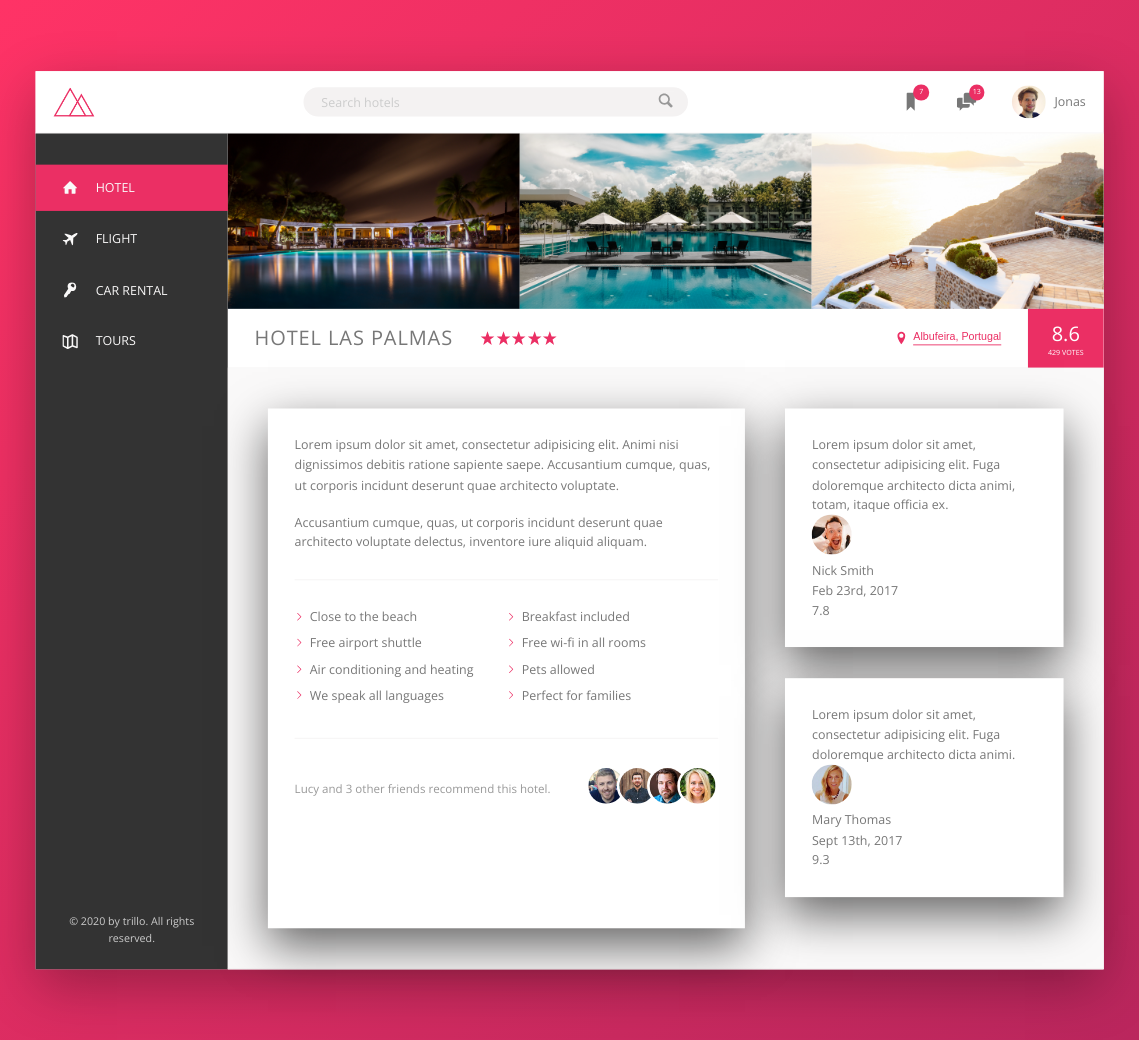
Repository: Lithium87/Trillo
Page: index.html
The author's editor kept a copy of each file at every save. The page is drawn from the files as they stood at one save, then again after the next save.
The browser window is 1280 px wide. The pictures show the whole page, at 89% of full size.
The style sheet was rebuilt from its Sass, Less or Tailwind sources for each picture, by a compiler version that may differ from the author's.

Above is the page before, as saved 2020-05-17 01:28:01.

### index.html
<!DOCTYPE html>
<html lang="en">

<head>
    <meta charset="UTF-8">
    <meta name="viewport" content="width=device-width, initial-scale=1.0">

    <link href="https://fonts.googleapis.com/css?family=Open+Sans:300,400,600" rel="stylesheet">
    <link rel="stylesheet" href="css/style.css">
    <link rel="shortcut icon" type="image/png" href="img/favicon.png">

    <title>trillo &mdash; Your all-in-one booking app</title>
</head>

<body>
    <div class="container">
        <header class="header">
            <img src="img/logo.png" alt="Trillo logo" class="logo">
            <form action="#" class="search">
                <input type="text" class="search__input" placeholder="Search hotels">
                <button class="search__button">
                    <svg class="search__icon">
                        <use xlink:href="img/sprite.svg#icon-magnifying-glass"></use>
                    </svg>
                </button>
            </form>

            <nav class="user-nav">
                <div class="user-nav__icon-box">
                    <svg class="user-nav__icon">
                        <use xlink:href="img/sprite.svg#icon-bookmark"></use>
                    </svg>
                    <span class="user-nav__notification">7</span>
                </div>
                <div class="user-nav__icon-box">
                    <svg class="user-nav__icon">
                        <use xlink:href="img/sprite.svg#icon-chat"></use>
                    </svg>
                    <span class="user-nav__notification">13</span>
                </div>
                <div class="user-nav__user">
                    <img src="img/user.jpg" alt="User photo" class="user-nav__user-photo">
                    <span class="user-nav__user-name">Jonas</span>
                </div>
            </nav>
        </header>
        <div class="content">
            <nav class="sidebar">
                <ul class="side-nav">
                    <li class="side-nav__item side-nav__item--active">
                        <a href="#" class="side-nav__link">
                            <svg class="side-nav__icon">
                                <use xlink:href="img/stripe.svg#icon-home"></use>
                            </svg>
                            <span>Hotel</span>
                        </a>
                    </li>
                    <li class="side-nav__item">
                        <a href="#" class="side-nav__link">
                            <svg class="side-nav__icon">
                                <use xlink:href="img/stripe.svg#icon-aircraft"></use>
                            </svg>
                            <span>Flight</span>
                        </a>
                    </li>
                    <li class="side-nav__item">
                        <a href="#" class="side-nav__link">
                            <svg class="side-nav__icon">
                                <use xlink:href="img/stripe.svg#icon-key"></use>
                            </svg>
                            <span>Car rental</span>
                        </a>
                    </li>
                    <li class="side-nav__item">
                        <a href="#" class="side-nav__link">
                            <svg class="side-nav__icon">
                                <use xlink:href="img/stripe.svg#icon-map"></use>
                            </svg>
                            <span>Tours</span>
                        </a>
                    </li>
                </ul>
                <div class="legal">
                    &copy; 2020 by trillo. All rights reserved.
                </div>
            </nav>
            <main class="hotel-view">
                <div class="gallery">
                    <figure class="gallery__item">
                        <img src="img/hotel-1.jpg" alt="Photo of hotel 1" class="gallery__photo">
                    </figure>
                    <figure class="gallery__item">
                        <img src="img/hotel-2.jpg" alt="Photo of hotel 2" class="gallery__photo">
                    </figure>
                    <figure class="gallery__item">
                        <img src="img/hotel-3.jpg" alt="Photo of hotel 3" class="gallery__photo">
                    </figure>
                </div>
                <div class="overview">
                    <h1 class="overview__heading">Hotel Las Palmas</h1>
                    <div class="overview__stars">
                        <svg class="overview__icon-star">
                            <use xlink:href="img/stripe.svg#icon-star"></use>
                        </svg>
                        <svg class="overview__icon-star">
                            <use xlink:href="img/stripe.svg#icon-star"></use>
                        </svg>
                        <svg class="overview__icon-star">
                            <use xlink:href="img/stripe.svg#icon-star"></use>
                        </svg>
                        <svg class="overview__icon-star">
                            <use xlink:href="img/stripe.svg#icon-star"></use>
                        </svg>
                        <svg class="overview__icon-star">
                            <use xlink:href="img/stripe.svg#icon-star"></use>
                        </svg>
                    </div>
                    <div class="overview__location">
                        <svg class="overview__icon-location">
                            <use xlink:href="img/stripe.svg#icon-location-pin"></use>
                        </svg>
                        <button class="btn-inline">Albufeira, Portugal</button>
                    </div>
                    <div class="overview__rating">
                        <div class="overview__rating-average">8.6</div>
                        <div class="overview__rating-count">429 votes</div>
                    </div>
                </div>
                <div class="detail">
                    <div class="description">
                        <p class="paragraph">
                            Lorem ipsum dolor sit amet, consectetur adipisicing elit. Animi nisi dignissimos debitis ratione sapiente saepe. Accusantium cumque, quas, ut corporis incidunt deserunt quae architecto voluptate.
                        </p>
                        <p class="paragraph">
                            Accusantium cumque, quas, ut corporis incidunt deserunt quae architecto voluptate delectus, inventore iure aliquid aliquam.
                        </p>
                        <ul class="list">
                            <li class="list__item">Close to the beach</li>
                            <li class="list__item">Breakfast included</li>
                            <li class="list__item">Free airport shuttle</li>
                            <li class="list__item">Free wi-fi in all rooms</li>
                            <li class="list__item">Air conditioning and heating</li>
                            <li class="list__item">Pets allowed</li>
                            <li class="list__item">We speak all languages</li>
                            <li class="list__item">Perfect for families</li>
                        </ul>
                        <div class="recommend">
                            <p class="recommend__count">
                                Lucy and 3 other friends recommend this hotel.
                            </p>
                            <div class="recommend__friends">
                                <img src="img/user-3.jpg" alt="Friend 1" class="recommend__photo">
                                <img src="img/user-4.jpg" alt="Friend 2" class="recommend__photo">
                                <img src="img/user-5.jpg" alt="Friend 3" class="recommend__photo">
                                <img src="img/user-6.jpg" alt="Friend 4" class="recommend__photo">
                            </div>
                        </div>
                    </div>
                    <div class="user-reviews">
                        <figure class="review">
                            <blockquote class="review__text">
                                Lorem ipsum dolor sit amet, consectetur adipisicing elit. Fuga doloremque architecto dicta animi, totam, itaque officia ex.
                            </blockquote>
                            <figcaption class="review__user">
                                <img src="img/user-1.jpg" alt="User 1" class="review__photo">
                                <div class="review__user-box">
                                    <p class="review__user-name">Nick Smith</p>
                                    <p class="review__user-date">Feb 23rd, 2017</p>
                                </div>
                                <div class="review__rating">7.8</div>
                            </figcaption>
                        </figure>
                        <figure class="review">
                            <blockquote class="review__text">
                                Lorem ipsum dolor sit amet, consectetur adipisicing elit. Fuga doloremque architecto dicta animi.
                            </blockquote>
                            <figcaption class="review__user">
                                <img src="img/user-2.jpg" alt="User 2" class="review__photo">
                                <div class="review__user-box">
                                    <p class="review__user-name">Mary Thomas</p>
                                    <p class="review__user-date">Sept 13th, 2017</p>
                                </div>
                                <div class="review__rating">9.3</div>
                            </figcaption>
                        </figure>
                    </div>
                </div>
            </main>
        </div>
    </div>
</body>

</html>

### sass/_base.scss
:root {
    --color-primary: #eb2f64;
    --color-primary-light: #FF3366;
    --color-primary-dark: #BA265D;
    --color-grey-light-1: #faf9f9;
    --color-grey-light-2: #f4f2f2;
    --color-grey-light-3: #f0eeee;
    --color-grey-light-4: #ccc;
    --color-grey-dark-1: #333;
    --color-grey-dark-2: #777;
    --color-grey-dark-3: #999;
    --shadow-dark: 0 2rem 6rem rgba(0, 0, 0, .3);
    --shadow-light: 0 2rem 5rem rgba(0, 0, 0, .6);
    --line: 1px solid var(--color-grey-light-2);
}

* {
    margin: 0;
    padding: 0;
}

*,
*::before,
*::after {
    box-sizing: inherit;
}

html {
    box-sizing: border-box;
    font-size: 62.5%; // 1rem = 10px
}

body {
    font-family: 'Open Sans', sans-serif;
    font-weight: 400;
    line-height: 1.6;
    color: var(--color-grey-dark-2);
    background-image: linear-gradient(to right bottom, var(--color-primary-light), var(--color-primary-dark));
    background-size: cover;
    background-repeat: no-repeat;
    min-height: 100vh;
}

### sass/_layout.scss
.container {
    max-width: 120rem;
    margin: 8rem auto;
    background-color: var(--color-grey-light-1);
    box-shadow: var(--shadow-dark);
    min-height: 50rem;
}

.header {
    font-size: 1.4rem;
    height: 7rem;
    background-color: #fff;
    border-bottom: var(--line);
    display: flex;
    justify-content: space-between;
    align-items: center;
}

.content {
    display: flex;
}

.sidebar {
    background-color: var(--color-grey-dark-1);
    flex: 0 0 18%;
    display: flex;
    flex-direction: column;
    justify-content: space-between;
}

.hotel-view {
    background-color: #fff;
    flex: 1;
}

.detail {
    font-size: 1.4rem;
    display: flex;
    padding: 4.5rem;
    background-color: var(--color-grey-light-1);
    border-bottom: var(--line);
}

.description {
    background-color: #fff;
    box-shadow: var(--shadow-light);
    padding: 3rem;
    flex: 0 0 60%;
    margin-right: 4.5rem;
}

.user-reviews {
    flex: 1;
}

### sass/_components.scss
///////////////////////
//LOGO
.logo {
    height: 3.25rem;
    margin-left: 2rem;
}

///////////////////////
//SEARCH BOX
.search {
    flex: 0 0 40%;
    display: flex;
    align-items: center;
    justify-content: center;
    &__input {
        font-family: inherit;
        font-size: inherit;
        color: inherit;
        background-color: var(--color-grey-light-2);
        border: none;
        padding: .7rem 2rem;
        border-radius: 100px;
        width: 90%;
        transition: all .2s;
        margin-right: -3.5rem;
        &:focus {
            outline: none;
            width: 100%;
            background-color: var(--color-grey-light-3);
        }
        &::-webkit-input-placeholder {
            font-weight: 100;
            color: var(--color-grey-light-4);
        }
    }
    &__input:focus+&__button {
        background-color: var(--color-grey-light-3);
    }
    &__button {
        border: none;
        background-color: var(--color-grey-light-2);
        &:focus {
            outline: none;
        }
        &:active {
            transform: translateY(2px);
        }
    }
    &__icon {
        height: 2rem;
        width: 2rem;
        fill: var(--color-grey-dark-3);
    }
}

///////////////////////
//USER NAVIGATION
.user-nav {
    align-self: stretch;
    display: flex;
    align-items: center;
    &>* {
        padding: 0 2rem;
        cursor: pointer;
        height: 100%;
        display: flex;
        align-items: center;
    }
    &>*:hover {
        background-color: var(--color-grey-light-2);
    }
    &__icon-box {
        position: relative;
    }
    &__icon {
        height: 2.25rem;
        width: 2.25rem;
        fill: var(--color-grey-dark-2);
    }
    &__notification {
        font-size: .8rem;
        height: 1.75rem;
        width: 1.75rem;
        border-radius: 50%;
        background-color: var(--color-primary);
        color: #fff;
        position: absolute;
        top: 1.5rem;
        right: 1.1rem;
        display: flex;
        justify-content: center;
        align-items: center;
    }
    &__user-photo {
        height: 3.75rem;
        border-radius: 50%;
        margin-right: 1rem;
    }
}

///////////////////////
//SIDE NAVIGATION
.side-nav {
    font-size: 1.4rem;
    list-style: none;
    margin-top: 3.5rem;
    &__item {
        position: relative;
        &:not(:last-child) {
            margin-bottom: .5rem;
        }
    }
    &__item::before {
        content: "";
        position: absolute;
        top: 0;
        left: 0;
        height: 100%;
        width: 3px;
        background-color: var(--color-primary);
        transform: scaleY(0);
        transition: transform .2s, width .4s cubic-bezier(1, 0, 0, 1) .2s, background-color .1s;
    }
    &__item:hover::before,
    &__item--active::before {
        transform: scaleY(1);
        width: 100%;
    }
    &__item:active::before {
        background-color: var(--color-primary-light);
    }
    &__link:link,
    &__link:visited {
        color: var(--color-grey-light-1);
        text-decoration: none;
        text-transform: uppercase;
        display: block;
        padding: 1.5rem 3rem;
        position: relative;
        z-index: 10;
        display: flex;
        align-items: center;
    }
    &__icon {
        width: 1.75rem;
        height: 1.75rem;
        margin-right: 2rem;
        fill: currentColor;
    }
}

///////////////////////
//LEGAL TEXT
.legal {
    font-size: 1.2rem;
    color: var(--color-grey-light-4);
    text-align: center;
    padding: 2.5rem;
}

///////////////////////
//GALLERY
.gallery {
    display: flex;
    &__photo {
        width: 100%;
        display: block;
    }
}

///////////////////////
//HOTEL OVERVIEW
.overview {
    display: flex;
    align-items: center;
    border-bottom: var(--line);
    &__heading {
        font-size: 2.25rem;
        font-weight: 300;
        text-transform: uppercase;
        letter-spacing: 1px;
        padding: 1.5rem 3rem;
    }
    &__stars {
        margin-right: auto;
        display: flex;
    }
    &__icon-star,
    &__icon-location {
        width: 1.75rem;
        height: 1.75rem;
        fill: var(--color-primary);
    }
    &__location {
        font-size: 1.2rem;
        display: flex;
        align-items: center;
    }
    &__icon-location {
        margin-right: .5rem;
    }
    &__rating {
        background-color: var(--color-primary);
        color: #fff;
        margin-left: 3rem;
        padding: 0 2.25rem;
        align-self: stretch;
        display: flex;
        flex-direction: column;
        align-items: center;
        justify-content: center;
    }
    &__rating-average {
        font-size: 2.25rem;
        font-weight: 300;
        margin-bottom: -3px;
    }
    &__rating-count {
        font-size: .8rem;
        text-transform: uppercase;
    }
}

///////////////////////
//BUTTON INLINE
.btn-inline {
    border: none;
    color: var(--color-primary);
    font-size: inherit;
    border-bottom: 1px solid currentColor;
    padding-bottom: 2px;
    display: inline-block;
    background-color: transparent;
    cursor: pointer;
    transition: all .2s;
    &:hover {
        color: var(--color-grey-dark-1);
    }
    &:focus {
        outline: none;
        animation: pulsate 1s infinite;
    }
}

@keyframes pulsate {
    0% {
        transform: scale(1);
        box-shadow: none;
    }
    50% {
        transform: scale(1.05);
        box-shadow: 0 1rem 4rem rgba(0, 0, 0, .25);
    }
    100% {
        transform: scale(1);
        box-shadow: none;
    }
}

///////////////////////
//PARAGRAPH
.paragraph:not(:last-of-type) {
    margin-bottom: 2rem;
}

///////////////////////
//LIST
.list {
    list-style: none;
    margin: 3rem 0;
    padding: 3rem 0;
    border-top: var(--line);
    border-bottom: var(--line);
    display: flex;
    flex-wrap: wrap;
    &__item {
        flex: 0 0 50%;
        margin-bottom: .7rem;
    }
    &__item::before {
        content: "";
        display: inline-block;
        height: 1rem;
        width: 1rem;
        margin-right: .7rem;
        //Older browsers
        //background-image: url(../img/chevron-thin-right.svg);
        //background-size: cover;
        //Newer browsers - masks
        background-color: var(--color-primary);
        -webkit-mask-image: url(../img/chevron-thin-right.svg);
        -webkit-mask-size: cover;
        mask-image: url(../img/chevron-thin-right.svg);
        mask-size: cover;
    }
}

///////////////////////
//RECOMMEND
.recommend {
    font-size: 1.3rem;
    color: var(--color-grey-dark-3);
    display: flex;
    align-items: center;
    &__count {
        margin-right: auto;
    }
    &__photo {
        box-sizing: content-box;
        height: 4rem;
        width: 4rem;
        border-radius: 50%;
        border: 3px solid #fff;
        &:not(:last-child) {
            margin-right: -1.5rem;
        }
    }
}

///////////////////////
//REVIEWS
.review {
    background-color: #fff;
    box-shadow: var(--shadow-light);
    padding: 3rem;
    margin-bottom: 3.5rem;
    &__text {}
    &__user {}
    &__photo {
        height: 4.5rem;
        width: 4.5rem;
        border-radius: 50%;
    }
    &__user-box {}
    &__user-name {}
    &__user-date {}
    &__rating {}
}

Loaded but not shown: sass/main.scss (common file)

After the next save:
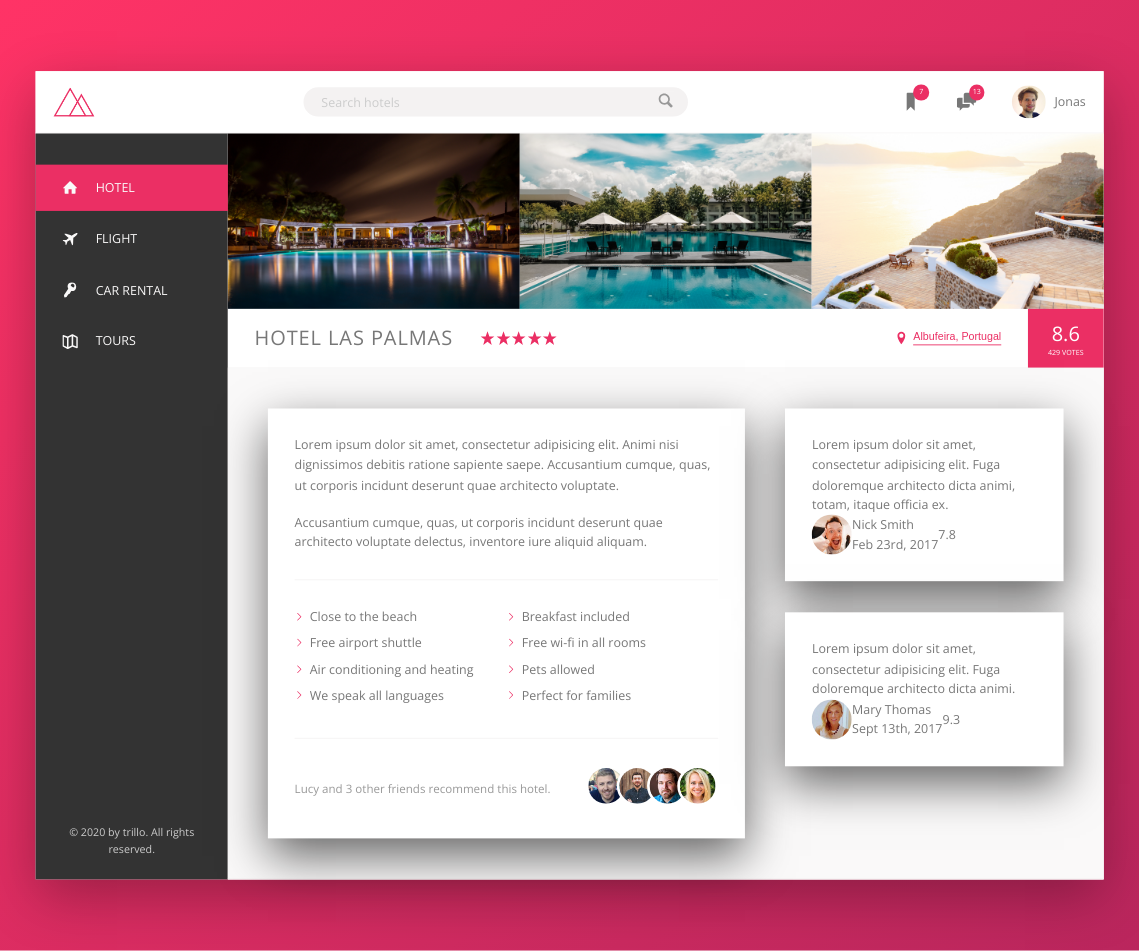
Saved 119 s later.
--- a/sass/_components.scss
+++ b/sass/_components.scss
@@ -325,7 +325,10 @@
     padding: 3rem;
     margin-bottom: 3.5rem;
     &__text {}
-    &__user {}
+    &__user {
+        display: flex;
+        align-items: center;
+    }
     &__photo {
         height: 4.5rem;
         width: 4.5rem;
